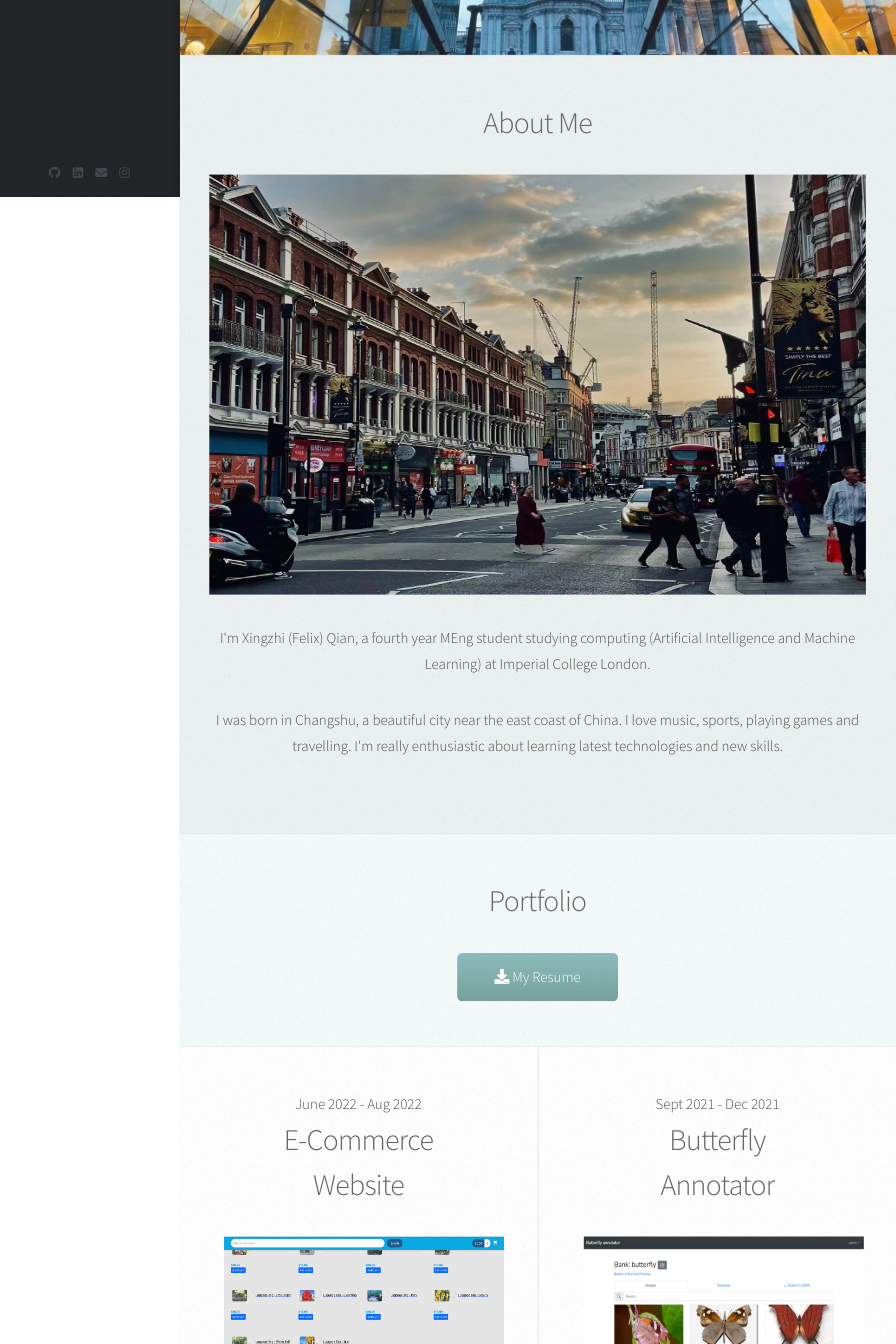
Repository: Felixqxz/Felixqxz.github.io
Page: index.html
An editor plug-in stored every save of this project. The page is shown before and after the next save, followed by the edit.
The browser window is 1280 px wide. The pictures show the part of the page from y = 438 to 2358 px (the page is 5766 px tall before and 5957 px after), at 70% of full size.

Above is the page before, as saved 2022-08-02 15:17:19.

After the next save:
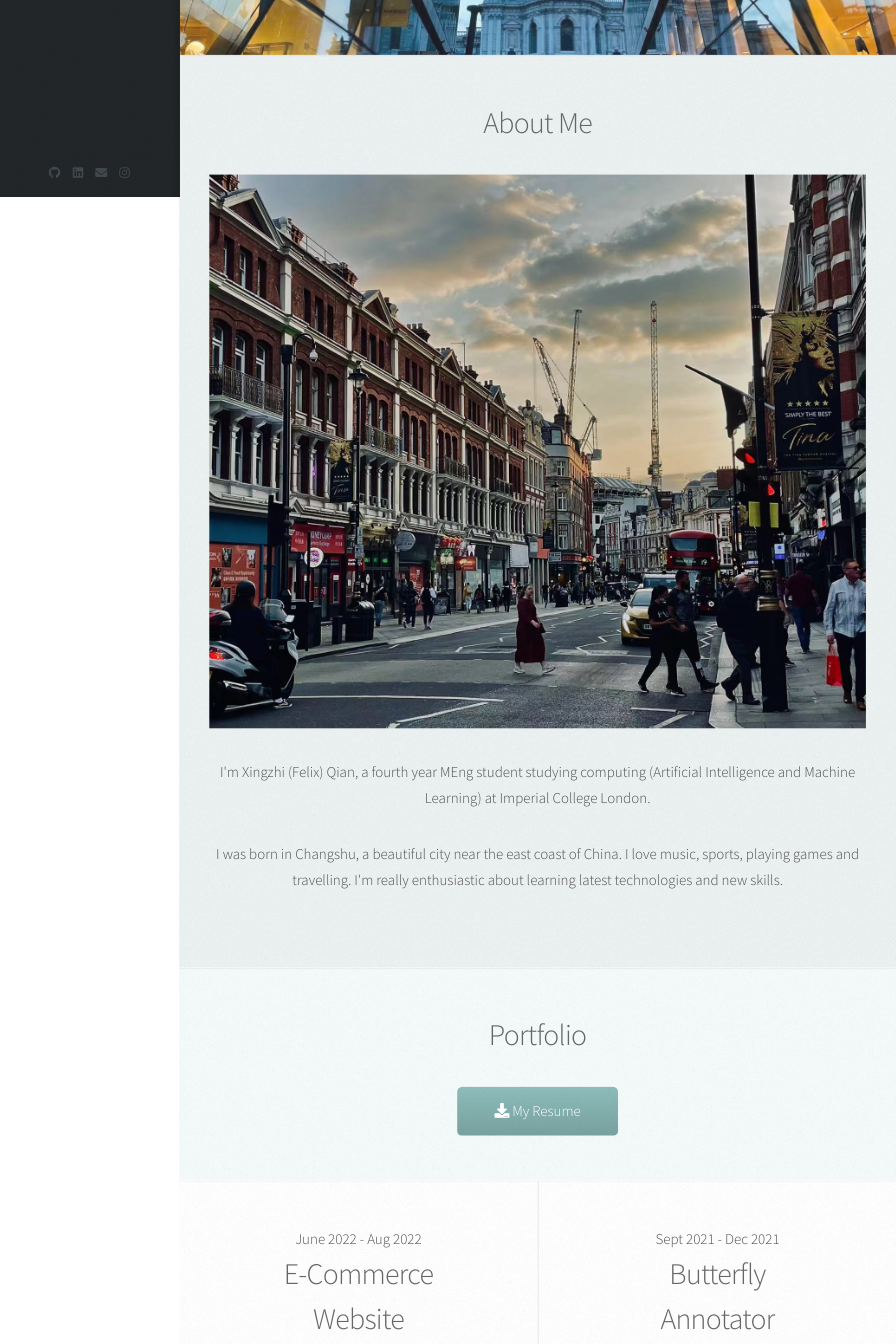
Saved 8 h 10 min later.
--- a/index.html
+++ b/index.html
@@ -80,7 +80,7 @@
 								<h2>About Me</h2>
 							</header>
 
-							<a href="#" class="image featured"><img src="images/about.jpeg" height="600" alt="" /></a>
+							<a href="#" class="image featured"><img src="images/about.jpeg" alt="" /></a>
 
 							<p>I'm Xingzhi (Felix) Qian, a fourth year MEng student studying computing (Artificial Intelligence and Machine Learning) at Imperial College London. </p>
 							<p>I was born in Changshu, a beautiful city near the east coast of China. I love music, sports, playing games and travelling.

After the save that followed:
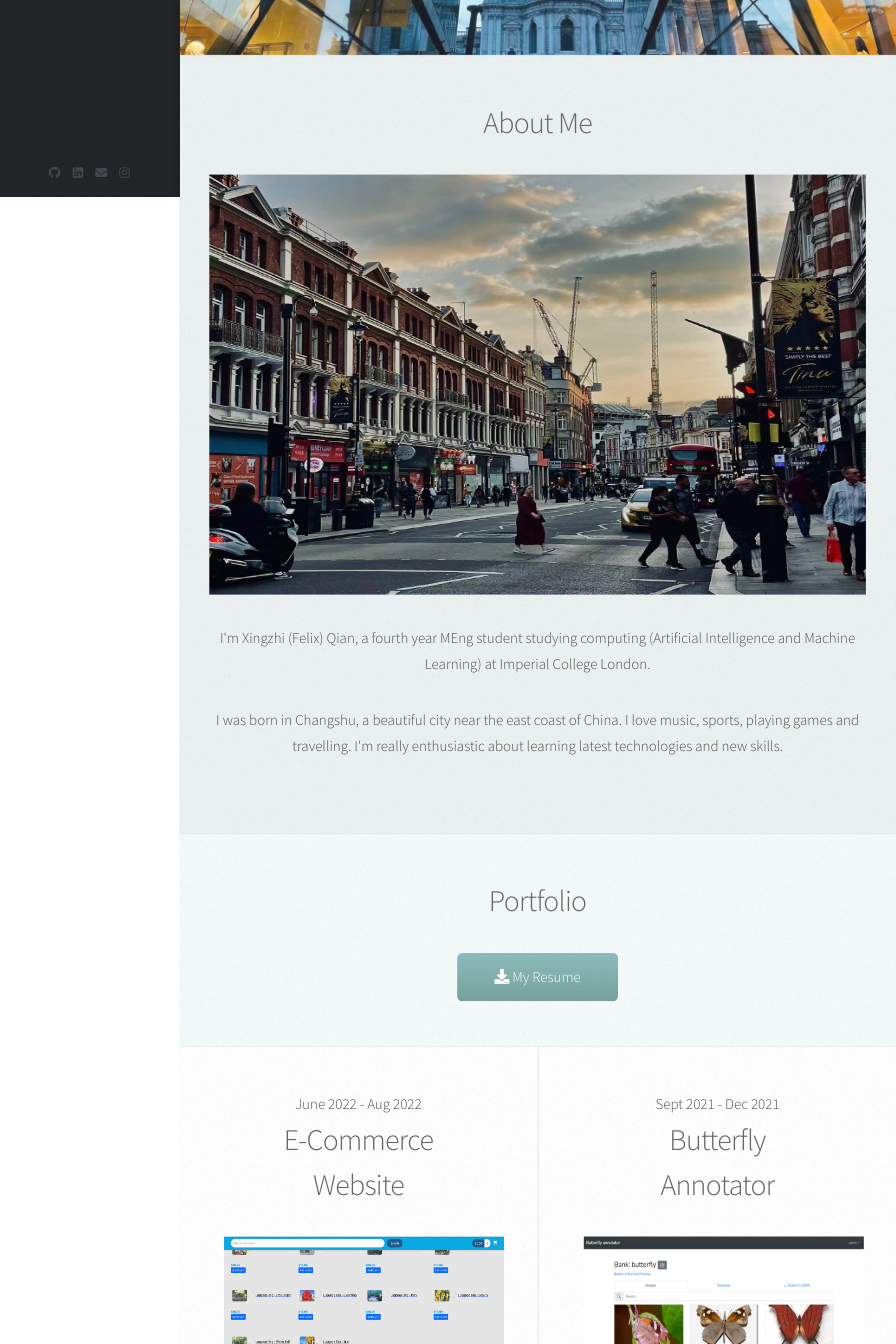
Saved 6 s later.
--- a/index.html
+++ b/index.html
@@ -80,7 +80,7 @@
 								<h2>About Me</h2>
 							</header>
 
-							<a href="#" class="image featured"><img src="images/about.jpeg" alt="" /></a>
+							<a href="#" class="image featured"><img src="images/about.jpeg" height="600" alt="" /></a>
 
 							<p>I'm Xingzhi (Felix) Qian, a fourth year MEng student studying computing (Artificial Intelligence and Machine Learning) at Imperial College London. </p>
 							<p>I was born in Changshu, a beautiful city near the east coast of China. I love music, sports, playing games and travelling.
